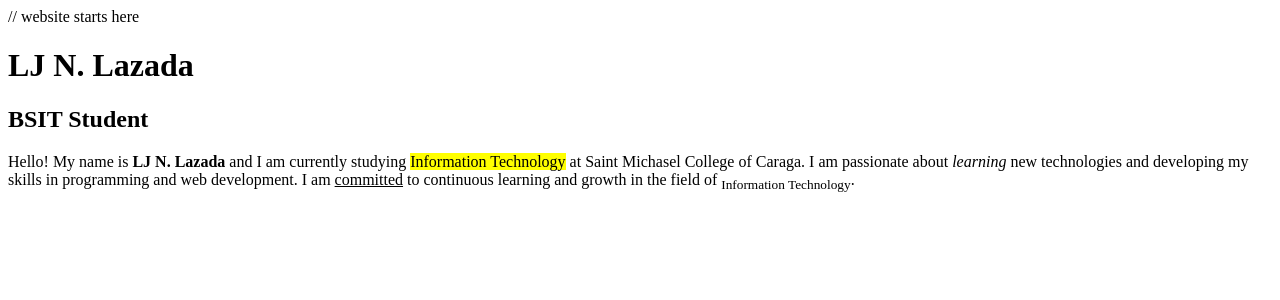
Repository: ljlazada11/myfirsthtml
Page: index.html
These files come from the project's save history. The page is drawn as it stood at one moment and after the next save; the edit follows.
The browser window is 1280 px wide. The pictures show the whole page.

Above is the page before, as saved 2026-06-24 18:57:18.

### index.html
<!DOCTYPE html>
<html lang="en">
<head>
    <meta charset="UTF-8">
    <meta name="viewport" content="width=device-width, initial-scale=1.0">
    <title>My Personal Web Profile</title>
    <link rel="icon" type="image/x-icon" href="images.png">
    // website starts here

</head>
<body>
    <h1>LJ N. Lazada</h1>
    <h2>BSIT Student</h2>
    <p>Hello! My name is <strong>LJ N. Lazada</strong> and I am currently studying <mark>Information Technology</mark> at Saint Michasel College of Caraga. I am passionate about <i>learning</i> new technologies and developing my skills in programming and web development. I am <ins>committed</ins> to continuous learning and growth in the field of <sub>Information Technology</sub>.</p>
</body>
</html>

After the next save:
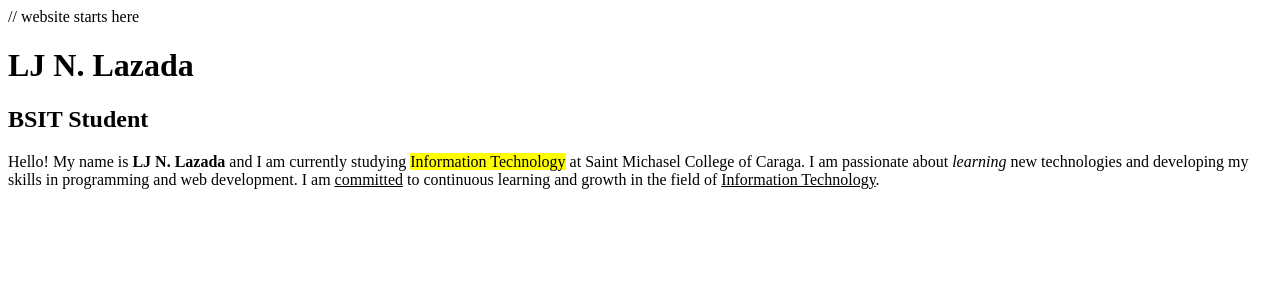
Saved 58 s later.
--- a/index.html
+++ b/index.html
@@ -11,6 +11,6 @@
 <body>
     <h1>LJ N. Lazada</h1>
     <h2>BSIT Student</h2>
-    <p>Hello! My name is <strong>LJ N. Lazada</strong> and I am currently studying <mark>Information Technology</mark> at Saint Michasel College of Caraga. I am passionate about <i>learning</i> new technologies and developing my skills in programming and web development. I am <ins>committed</ins> to continuous learning and growth in the field of <sub>Information Technology</sub>.</p>
+    <p>Hello! My name is <strong>LJ N. Lazada</strong> and I am currently studying <mark>Information Technology</mark> at Saint Michasel College of Caraga. I am passionate about <i>learning</i> new technologies and developing my skills in programming and web development. I am <ins>committed</ins> to continuous learning and growth in the field of <ins>Information Technology</ins>.</p>
 </body>
 </html>
